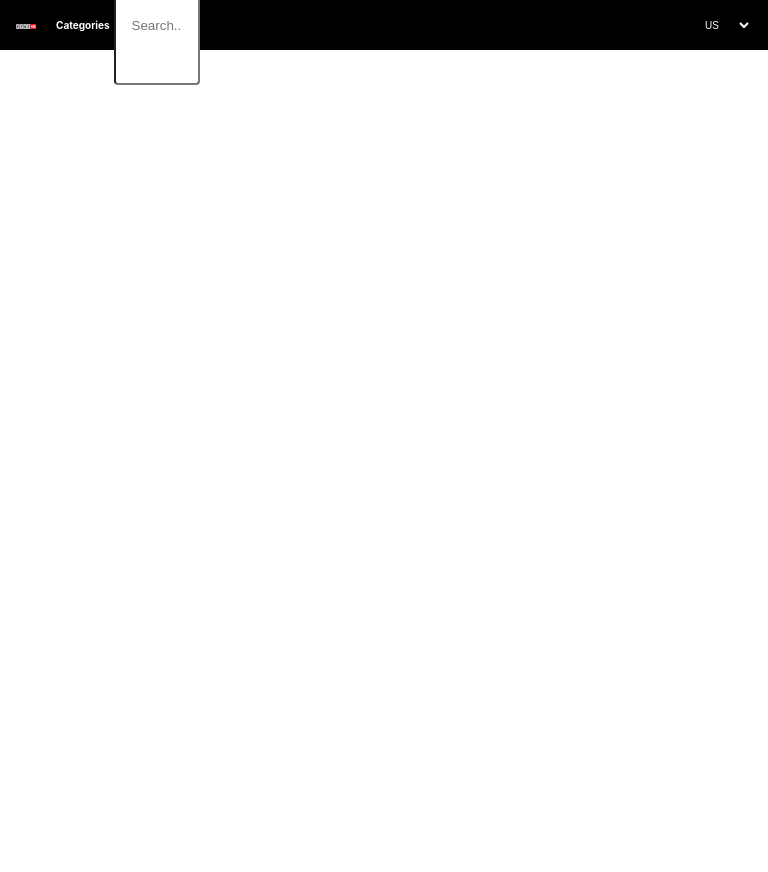
Repository: majakesin/top-news
Page: /
These files come from the project's save history. The page is drawn as it stood at one moment and after the next save; the edit follows.
The browser window is 768 px wide. The pictures show the whole page.
The page's requests for data from a server got no answer. The project was rebuilt for these pictures with package versions that can differ from the ones it lists, and the page was loaded fresh each time. No one was signed in, and anything a server would have sent is missing. Also part of the build but not shown: src/components/NewsCard/index.js, src/pages/ErrorPage/index.js, src/pages/Categories/index.js.

Above is the page before, as saved 2023-11-30 12:00:35.

After the next save:
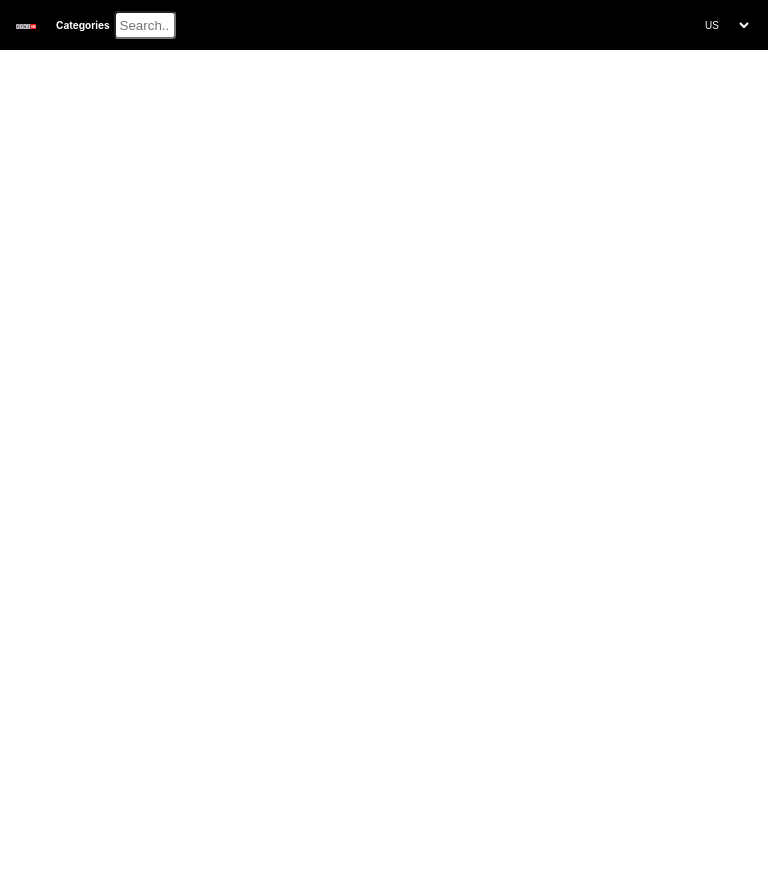
Saved 14 s later.
--- a/src/layout/Header/index.module.css
+++ b/src/layout/Header/index.module.css
@@ -16,7 +16,7 @@
 .input {
     @media (max-width:768px)  {
        width: 50px;
-       height: 100px;
+       padding: 2px 4px;
     }
 }
 
